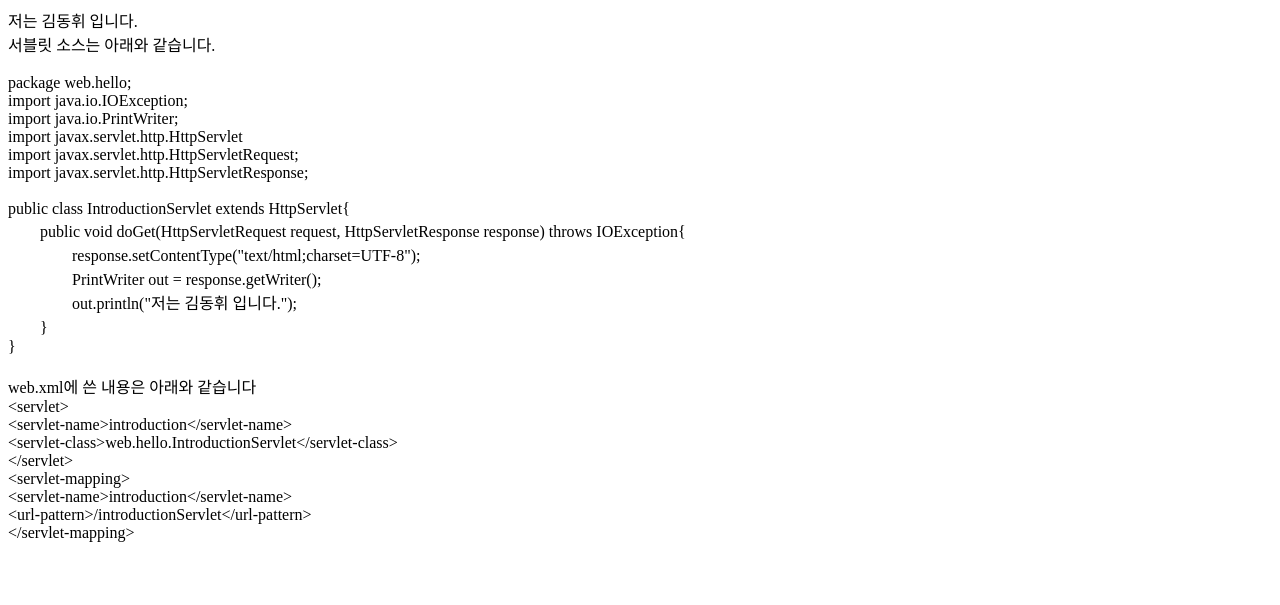
Repository: fellownew/web_workspace
Page: http://localhost/HelloworldWeb/introductionServlet
An editor plug-in stored every save of this project. The page is shown before and after the next save, followed by the edit.
The browser window is 1280 px wide. The pictures show the whole page.
The page is served by Tomcat 9.

Above is the page before, as saved 2015-03-12 08:39:16.

After the next save:
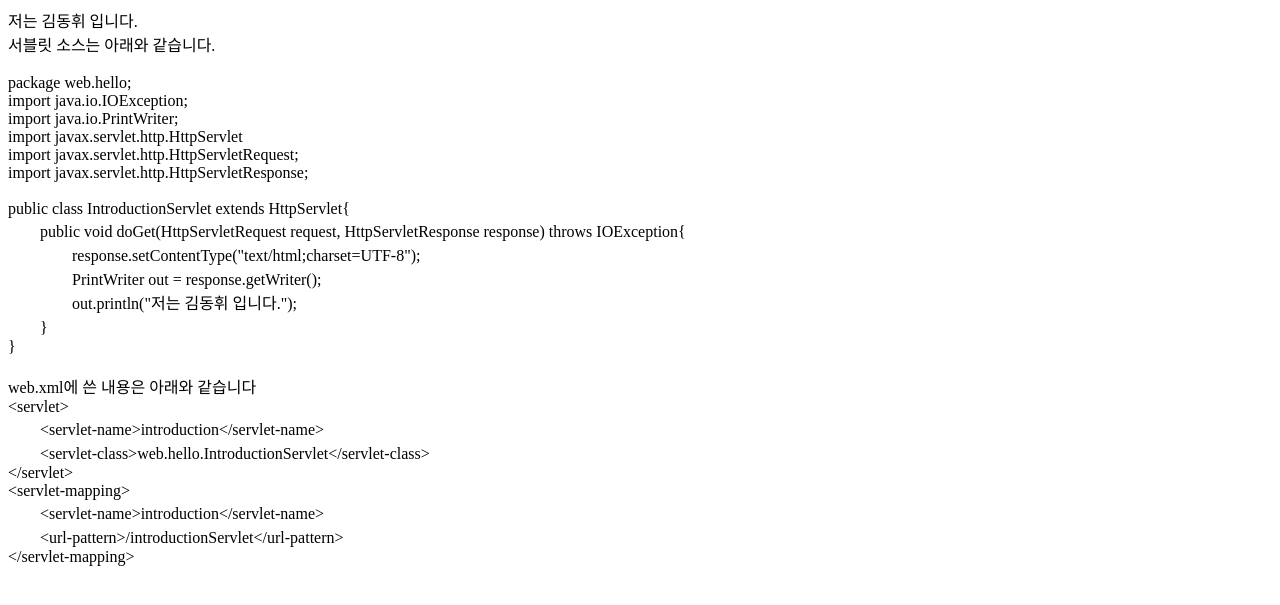
Saved 36 s later.
--- a/HelloworldWeb/src/web/hello/IntroductionServlet.java
+++ b/HelloworldWeb/src/web/hello/IntroductionServlet.java
@@ -29,12 +29,12 @@ public class IntroductionServlet extends HttpServlet{
 				+ "<br/>");
 		out.println("web.xml에 쓴 내용은 아래와 같습니다 <br/>");
 		out.println("&ltservlet&gt<br/>"
-				+ "&ltservlet-name&gtintroduction&lt/servlet-name&gt<br/>"
-				+ "&ltservlet-class&gtweb.hello.IntroductionServlet&lt/servlet-class&gt<br/>"
+				+ "　　&ltservlet-name&gtintroduction&lt/servlet-name&gt<br/>"
+				+ "　　&ltservlet-class&gtweb.hello.IntroductionServlet&lt/servlet-class&gt<br/>"
 				+ "&lt/servlet&gt<br/>"
 				+ "&ltservlet-mapping&gt<br/>"
-				+ "&ltservlet-name&gtintroduction&lt/servlet-name&gt<br/>"
-				+ "&lturl-pattern&gt/introductionServlet&lt/url-pattern&gt<br/>"
+				+ "　　&ltservlet-name&gtintroduction&lt/servlet-name&gt<br/>"
+				+ "　　&lturl-pattern&gt/introductionServlet&lt/url-pattern&gt<br/>"
 				+ "&lt/servlet-mapping&gt<br/>");
 	}
 
